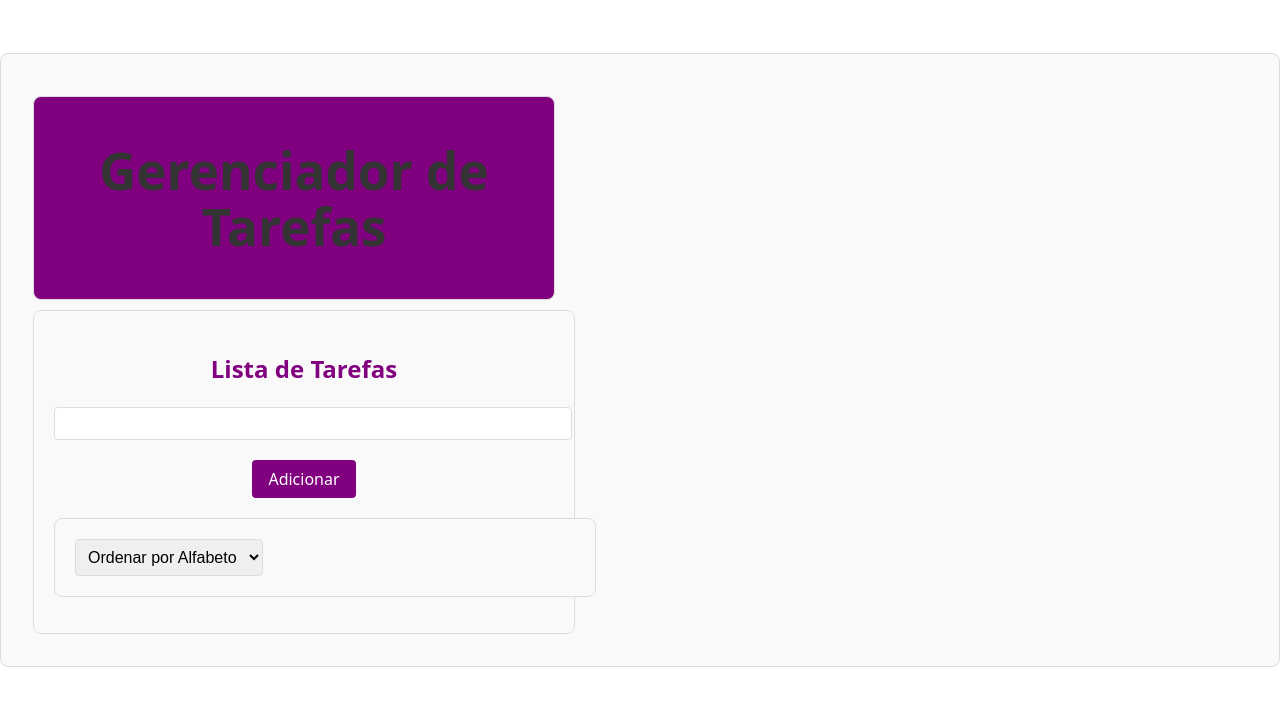
Repository: matheusarrabal12/todo
Page: /
The author's editor kept a copy of each file at every save. The page is drawn from the files as they stood at one save, then again after a run of saves.
The browser window is 1280 px wide. The pictures show the whole page.
The project was rebuilt for these pictures with package versions that can differ from the ones it lists, and the page was loaded fresh each time. Also part of the build but not shown: vite.config.js.

Above is the page before, as saved 2025-04-03 15:24:56.

### src/App.jsx
import ListaTarefas from './components/ListaTarefas';

import './App.css';

function App() {
  return(
    < >
    <div class= "divcabeçalho">
    <h1>Gerenciador de Tarefas</h1>
    </div>
    <ListaTarefas />

    </>
  ) ;
}

export default App;

### src/components/ListaTarefas.jsx
import { useState, useEffect } from "react";
import './ListaTarefas.css';

function ListaTarefas() {
  const [tarefas, setTarefa] = useState([]);
  const [novaTarefa, setNovaTarefa] = useState("");
  const [ordenacao, setOrdenacao] = useState("alfabetica");

  useEffect(() => {
    // Serve para recuperar as informações apos atualizar a pagina
    const tarefasSalvas = JSON.parse(localStorage.getItem("tarefas"));
    if (tarefasSalvas) {
      setTarefa(tarefasSalvas);
    }
  }, []);

  useEffect(() => {
    // Salva as tarefas no localStorage sempre que a lista mudar
    localStorage.setItem("tarefas", JSON.stringify(tarefas));
  }, [tarefas]);

  const adicionarTarefa = () => {
    if (novaTarefa.trim() !== "") {
      const novaTarefaObj = { texto: novaTarefa, concluida: false, dataAdicao: new Date() };
      setTarefa([...tarefas, novaTarefaObj]);
      setNovaTarefa("");
    }
  };

  const removerTarefa = (indice) => {
    setTarefa(tarefas.filter((_, i) => i !== indice));
  };

  const marcarTarefaConcluida = (indice) => {
    const novasTarefas = [...tarefas];
    novasTarefas[indice].concluida = !novasTarefas[indice].concluida;
    setTarefa(novasTarefas);
  };

  const ordenarTarefas = (criterio) => {
    let tarefasOrdenadas = [...tarefas];
    if (criterio === "alfabetica") {
      tarefasOrdenadas.sort((a, b) => a.texto.localeCompare(b.texto));
    }
    setTarefa(tarefasOrdenadas);
    setOrdenacao(criterio);
  };

  return (
    <div>
      <h2>Lista de Tarefas</h2>
      <input
        type="text"
        value={novaTarefa}
        onChange={(e) => setNovaTarefa(e.target.value)}
      />
      <button onClick={adicionarTarefa}>Adicionar</button>

      <div id="ordenacao">
        <select value={ordenacao} onChange={(e) => ordenarTarefas(e.target.value)}>
          <option value="alfabetica">Ordenar por Alfabeto</option>
        </select>
      </div>

      <ul>
        {tarefas.map((tarefa, indice) => (
          <li key={indice} className={tarefa.concluida ? "concluida" : ""}>
            {tarefa.texto}
            <div>
              <button className="marcar-concluida" onClick={() => marcarTarefaConcluida(indice)}>
                {tarefa.concluida ? "Desmarcar" : "Concluir"}
              </button>
              <button className="remover" onClick={() => removerTarefa(indice)}>Remover</button>
            </div>
          </li>
        ))}
      </ul>
    </div>
  );
}

export default ListaTarefas;

### src/components/ListaTarefas.css
/* Estilos para a lista de tarefas */
h2 {
    text-align: center;
    color: purple;
  }

  h1 {
    text-align: center;
    color: #333;
  }

  div {
    width: 100%;
    max-width: 500px;
    margin-top: 10px;
    padding: 20px;
    border: 1px solid #ddd;
    border-radius: 8px;
    background-color: #f9f9f9;
  }

  input[type="text"] {
    width: 100%;
    padding: 8px;
    margin-bottom: 10px;
    border: 1px solid #ddd;
    border-radius: 4px;
  }

  button {
    padding: 8px 16px;
    background-color: purple;
    color: white;
    border: none;
    border-radius: 4px;
    cursor: pointer;
    font-size: 16px;
    margin-top: 10px;
  }

  button:hover {
    background-color: purple;
  }

  ul {
    list-style-type: none;
    padding: 0;
  }

  li {
    display: flex;
    justify-content: space-between;
    align-items: center;
    padding: 10px;
    margin-bottom: 8px;
    background-color: #fff;
    border: 1px solid #ddd;
    border-radius: 4px;
  }

  li.concluida {
    text-decoration: line-through;
    background-color: #e0e0e0;
  }

  button.remover {
    background-color: #f44336;
  }

  button.remover:hover {
    background-color: #e53935;
  }

  button.marcar-concluida {
    background-color: #2196f3;
  }

  button.marcar-concluida:hover {
    background-color: #1976d2;
  }

  #ordenacao {
    margin-top: 20px;
    display: flex;
    justify-content: space-between;
  }

  #ordenacao select {
    padding: 8px;
    font-size: 16px;
    border-radius: 4px;
    border: 1px solid #ddd;
  }

  .divcabeçalho {
     background: purple;
     color: white;
     padding: 10px;
     text-align: center;
     border-image: auto;
     border-image-slice: 1;
     border-image-width: 1px;
    border-image-outset: 0;
  }

Loaded but not shown: index.html (common file); src/main.jsx (common file); src/index.css (common file); src/App.css (common file)

After the next 3 saves:
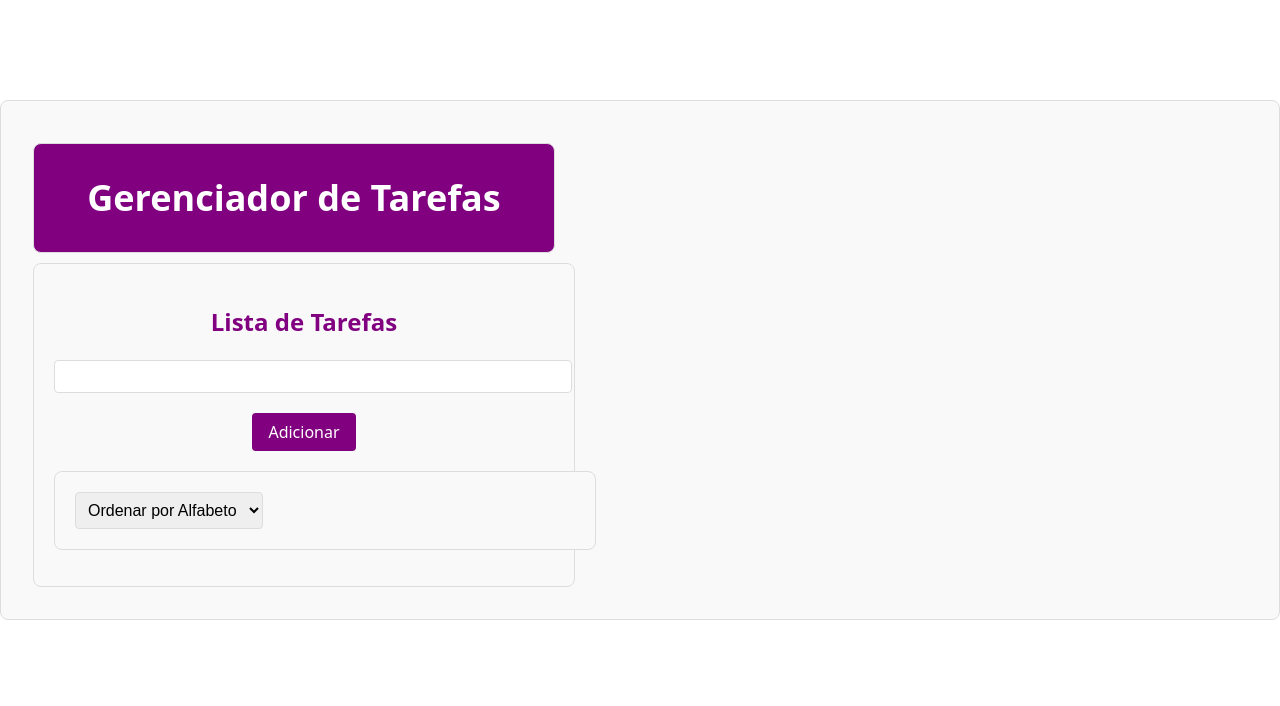
The 3 saves are shown as one change because they came seconds apart.
The last was saved 54 s later.
--- a/src/components/ListaTarefas.css
+++ b/src/components/ListaTarefas.css
@@ -6,7 +6,9 @@ h2 {
 
   h1 {
     text-align: center;
-    color: #333;
+    color: #ffffff;
+    font-size: 36px;
+
   }
 
   div {
